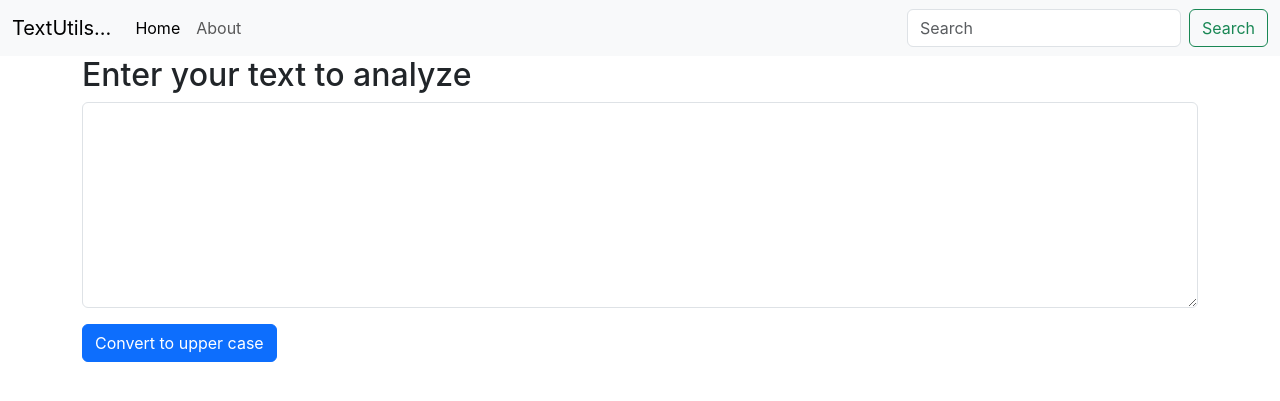
Repository: SujanNagaju/react-demo
Page: /
An editor plug-in stored every save of this project. The page is shown before and after the next save, followed by the edit.
The browser window is 1280 px wide. The pictures show the whole page.
The project was rebuilt for these pictures with package versions that can differ from the ones it lists, and the page was loaded fresh each time. Also part of the build but not shown: src/App.css.

Above is the page before, as saved 2024-12-29 13:14:59.

### public/index.html
<!DOCTYPE html>
<html lang="en">
  <head>
    <meta charset="utf-8" />
    <link rel="icon" href="%PUBLIC_URL%/favicon.ico" />
    <meta name="viewport" content="width=device-width, initial-scale=1" />
    <meta name="theme-color" content="#000000" />
    <meta
      name="description"
      content="Web site created using create-react-app"
    />
    <link rel="apple-touch-icon" href="%PUBLIC_URL%/logo192.png" />
    <!--
      manifest.json provides metadata used when your web app is installed on a
      user's mobile device or desktop. See https://developers.google.com/web/fundamentals/web-app-manifest/
    -->
    <link rel="manifest" href="%PUBLIC_URL%/manifest.json" />
    <!--
      Notice the use of %PUBLIC_URL% in the tags above.
      It will be replaced with the URL of the `public` folder during the build.
      Only files inside the `public` folder can be referenced from the HTML.

      Unlike "/favicon.ico" or "favicon.ico", "%PUBLIC_URL%/favicon.ico" will
      work correctly both with client-side routing and a non-root public URL.
      Learn how to configure a non-root public URL by running `npm run build`.
    -->
    <link href="https://cdn.jsdelivr.net/npm/bootstrap@5.3.3/dist/css/bootstrap.min.css" rel="stylesheet" integrity="sha384-QWTKZyjpPEjISv5WaRU9OFeRpok6YctnYmDr5pNlyT2bRjXh0JMhjY6hW+ALEwIH" crossorigin="anonymous">
    <title>React App</title>
  </head>
  <body>
    <noscript>You need to enable JavaScript to run this app.</noscript>
    <div id="root"></div>
    <!--
      This HTML file is a template.
      If you open it directly in the browser, you will see an empty page.

      You can add webfonts, meta tags, or analytics to this file.
      The build step will place the bundled scripts into the <body> tag.

      To begin the development, run `npm start` or `yarn start`.
      To create a production bundle, use `npm run build` or `yarn build`.
    -->
    <script src="https://cdn.jsdelivr.net/npm/bootstrap@5.3.3/dist/js/bootstrap.bundle.min.js" integrity="sha384-YvpcrYf0tY3lHB60NNkmXc5s9fDVZLESaAA55NDzOxhy9GkcIdslK1eN7N6jIeHz" crossorigin="anonymous"></script>

  </body>
</html>

### src/App.js
// logo from './logo.svg';
import './App.css';
import Navbar from './components/Navbar';
import TextForm from './components/TextForm';
function App() {
  return (
    <>

      {/* <Navbar title="TextUtils..." aboutText="About"/> */}
      <Navbar title="TextUtils..."/>
      <div className="container">
        <TextForm heading="Enter your text to analyze"/>
      </div>
    </>
  );
}

export default App;

### src/components/Navbar.js
import React from 'react'
import PropTypes from 'prop-types';


export default function Navbar({title="TextUtils", aboutText="About"}) {
  return (
    <nav className="navbar navbar-expand-lg bg-body-tertiary">
        <div className="container-fluid">
            <a className="navbar-brand" href="/">{title}</a>
            <button className="navbar-toggler" type="button" data-bs-toggle="collapse" data-bs-target="#navbarSupportedContent" aria-controls="navbarSupportedContent" aria-expanded="false" aria-label="Toggle navigation">
            <span className="navbar-toggler-icon"></span>
            </button>
            <div className="collapse navbar-collapse" id="navbarSupportedContent">
            <ul className="navbar-nav me-auto mb-2 mb-lg-0">
                <li className="nav-item">
                <a className="nav-link active" aria-current="page" href="/">Home</a>
                </li>
                <li className="nav-item">
                <a className="nav-link" href="/">{aboutText}</a>
                </li>

            </ul>
            <form className="d-flex" role="search">
                <input className="form-control me-2" type="search" placeholder="Search" aria-label="Search"/>
                <button className="btn btn-outline-success" type="submit">Search</button>
            </form>
            </div>
        </div>
    </nav>
  )
}


Navbar.propTypes = {
    title: PropTypes.string.isRequired,
    aboutText: PropTypes.string.isRequired
}

### src/components/TextForm.js
import React from 'react'

export default function TextForm(props) {
  return (
    <div>
      <h2>{props.heading}</h2>
        <div className="mb-3">
            <textarea className="form-control" id="textBox" rows="8"></textarea>
        </div>
        <button className="btn btn-primary">Convert to upper case</button>
    </div>
  )
}

Loaded but not shown: src/index.js (common file); src/index.css (common file); src/reportWebVitals.js (common file)

After the next save:
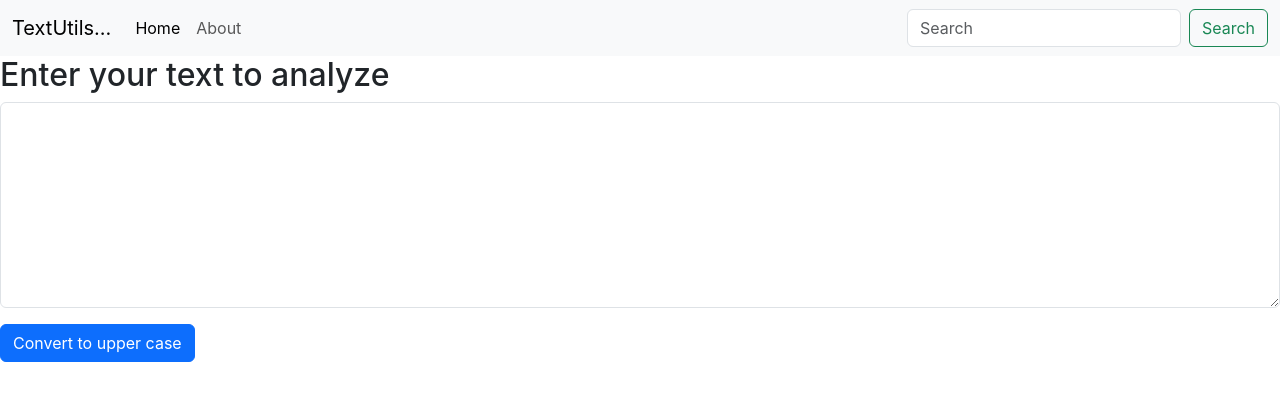
Saved 93 s later.
--- a/src/App.js
+++ b/src/App.js
@@ -8,7 +8,7 @@
 
       {/* <Navbar title="TextUtils..." aboutText="About"/> */}
       <Navbar title="TextUtils..."/>
-      <div className="container">
+      <div classsname="container">
         <TextForm heading="Enter your text to analyze"/>
       </div>
     </>

After the 2 saves that followed:
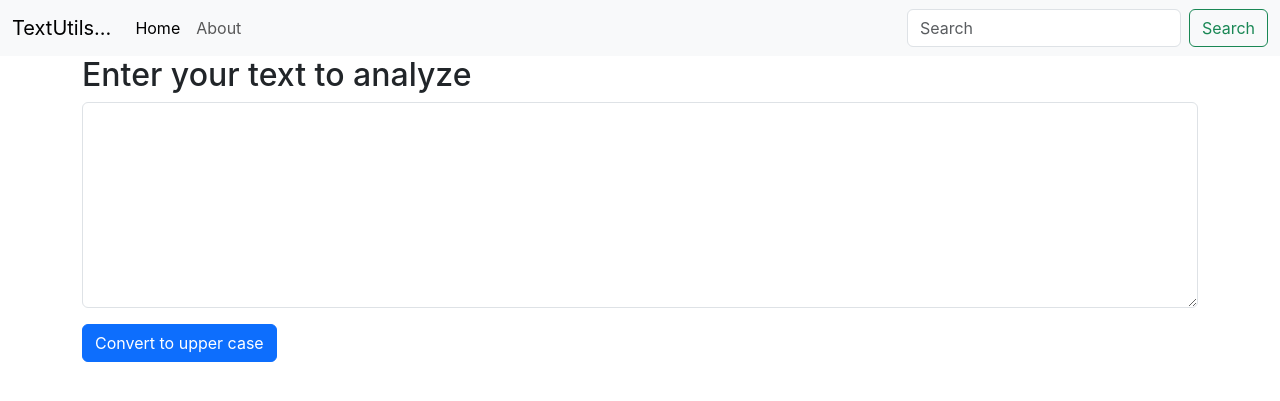
The 2 saves are shown as one change because they came seconds apart.
The last was saved 13 s later.
--- a/src/App.js
+++ b/src/App.js
@@ -8,7 +8,7 @@
 
       {/* <Navbar title="TextUtils..." aboutText="About"/> */}
       <Navbar title="TextUtils..."/>
-      <div classsname="container">
+      <div className="container">
         <TextForm heading="Enter your text to analyze"/>
       </div>
     </>
